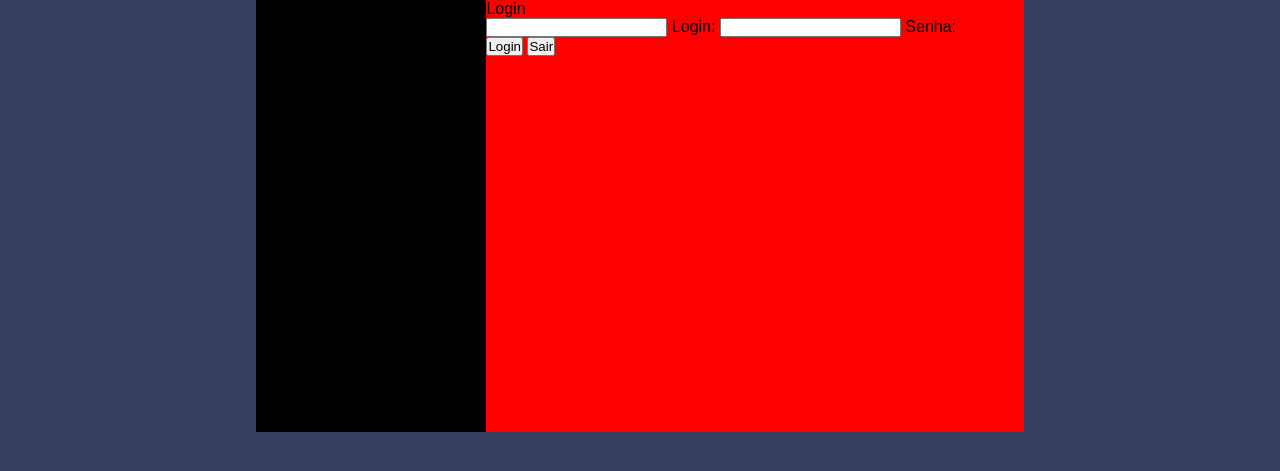
Repository: samantaProspero/projeto_integrador
Page: Versão Atual/PI_Vanila/index.html
These files come from the project's save history. The page is drawn as it stood at one moment and after a run of saves; the edit follows.
The browser window is 1280 px wide. The pictures show the whole page.

Above is the page before, as saved 2021-11-04 14:49:30.
Not found: Versão Atual/PI_Vanila/js/script.js

### Versão Atual/PI_Vanila/index.html
<!DOCTYPE html>
<html lang="pt-BR">
<head>
  <meta charset="UTF-8">
  <meta http-equiv="X-UA-Compatible" content="IE=edge">
  <meta name="viewport" content="width=device-width, initial-scale=1.0">
  <link rel="stylesheet" type="text/css" href="_css/global.css">
  <link rel="stylesheet" type="text/css" href="_css/style.css">
  <title>D Lions</title>
</head>
<body id="painel-inicial">
  <section class="login-painel">
    <div class="logo-painel">
      <p>Logo</p>
    </div>
    <div class="area-login">
      <p>Login</p>
      <form action="">
        <input type="text" name="login" id="login">
        <label for="login">Login: </label>
        <input type="text" name="senha" id="senha">
        <label for="senha">Senha: </label>
        <div>
        <input type="button" value="Login">
        <input type="button" value="Sair">
        </div>
      </form>
    </div>
  </section>
  <script src="js/script.js"></script>
</body>
</html>

### Versão Atual/PI_Vanila/_css/global.css
  :root{
    --red: #E52E4D;
    --green: #33CC95;
    --blue: #5429CC;
    --blue-light: #6933FF;
    --text-title: #363F5F;
    --text-body: #969CB2;
    --background: #f0f2f5;
    --shape: #FFFFFF;
    --primary_dark: #363F5F;
  --secondary_dark: #000000;
    --primary: #FF0000;
    --bg_home: #B22222;
    --bg_cadastro:#A52A2A;
    --icon: #6495ED;
    --bg_frame: #D3D3D3;
  }
  /* font verdana 8 bold */

  *{
    margin: 0;
    padding: 0;
    box-sizing: border-box;
  }

  /* // font-size: 16px (Desktop) */
  html{
    @media (max-width: 1080px){
      font-size: 93.75%; //15px
    }
    @media (max-width: 720px){
      font-size: 87.5%;  //14px
    }
  }
  /* //REM = 1rem = 16px */
  body{
    background: var(--primary_dark);
    -webkit-font-smoothing: antialiased;
  }

  body, input, textarea, button {
    font-family: 'Poppins', sans-serif;
    font-weight: 400;
  }

  h1, h2, h3, h4, h5, h6, strong {
    font-weight: 600;
  }

  button {
    cursor: pointer;
  }



  /* [disabled] {
    opacity: 0.6;
    cursor: not-allowed;
  }

  .react-modal-overlay{
    background: rgba(0,0,0,0.5);
    position: fixed;

    top: 0;
    bottom: 0;
    right: 0;
    left: 0;

    display: flex;
    align-items: center;
    justify-content: center;
  }

  .react-modal-content{
    width: 100%;
    max-width: 576px;
    background: var(--background);
    padding: 3rem;
    position: relative;
    border-radius: 0.25rem;
  }

  .react-modal-close{
    position: absolute;
    right: 1.5rem;
    top: 1.5rem;
    border: 0;
    background: transparent;
    transition: 0.2s; */

    /* &:hover{
      filter: brightness(0.9)
    }
  } */

### Versão Atual/PI_Vanila/_css/style.css
#painel-inicial{
  display: flex;
  align-items: center;
  justify-content: center;
}
.login-painel{
  width: 60vw;
  height: 60vh;
  display: flex;
  flex-direction: row;
  align-items: center;
  justify-content: center;
}
.logo-painel{
  width: 30%;
  height: 100%;
  background-color: black;

}
.area-login{
  width: 70%;
  height: 100%;
  background-color: red;

}

After the next 2 saves:
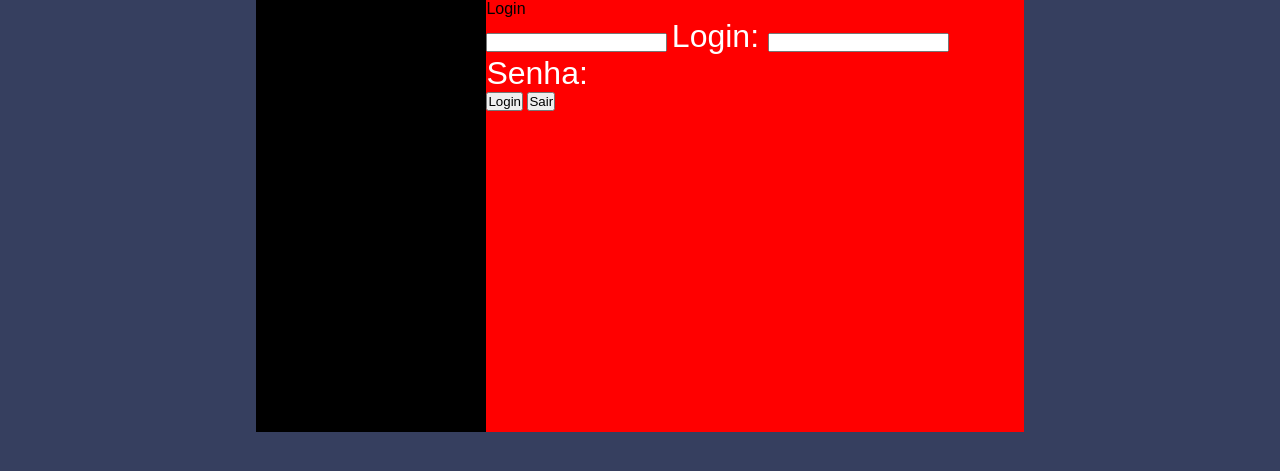
The 2 saves are shown as one change because they came seconds apart.
The last was saved 2 min 17 s later.
--- a/Versão Atual/PI_Vanila/_css/style.css
+++ b/Versão Atual/PI_Vanila/_css/style.css
@@ -23,3 +23,92 @@
   background-color: red;
 
 }
+
+export const Container = styled.div`
+width: 100%;
+height: 100vh;
+background-color: rgb(0,0,0,0.8);
+display: flex;
+align-items: center;
+justify-content: center;
+`;
+
+export const Content = styled.div`
+max-width: 800px;
+margin: 0 auto;
+display: flex;
+flex: 1;
+justify-content: center;
+align-items: center;
+/* padding: 2.5rem 1rem; */
+
+`;
+export const LogoContainer = styled.div`
+width: 35%;
+height: 50vh;
+background-color: var(--secondary);
+display: flex;
+flex-direction: column;
+flex: 1;
+justify-content: center;
+align-items: center;
+border-radius: 8px 0 0 8px;
+p{
+  color: var(--shape);
+  font-size: 0.8rem;
+  font-weight: bold;
+}
+`;
+export const LoginContainer = styled.div`
+width: 65%;
+height: 50vh;
+background-color: var(--primary);
+display: flex;
+flex-direction: column;
+justify-content: center;
+align-items: center;
+border-radius: 0 8px 8px 0;
+box-shadow: 0 2px 8px rgba(255, 255, 255,0.4);
+p{
+  color: var(--shape);
+  font-size: 1.5rem;
+}
+label{
+  color: var(--shape);
+  font-size: 2rem;
+}
+`;
+export const Input = styled.div`
+padding: 0.7rem;
+display: flex;
+align-items: center;
+justify-content: right;
+
+input{
+  height: 1.8rem;
+  padding: 1rem;
+  margin-left: 1rem;
+  border-radius: 5px;
+  font-size: 1.2rem;
+}
+`;
+export const Buttons = styled.div`
+padding-top: 0.7rem;
+
+button{
+  width: 8rem;
+  font-size: 1.4rem;
+  padding: 0.3rem 1.8rem;
+  border-radius: 5px;
+  margin: 50px 20px 0;
+}
+`;
+export const LogoImg = styled.div`
+  display: flex;
+  justify-content: center;
+  align-items: center;
+  /* box-sizing: cover; */
+  img{
+    width: 150px;
+  }
+`;

After the 5 saves that followed:
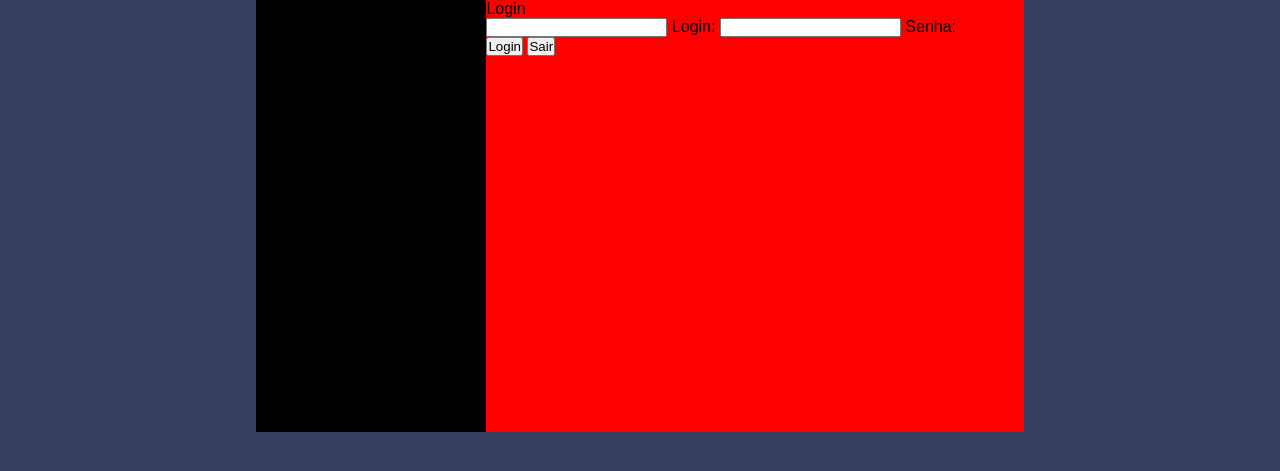
The 5 saves are shown as one change because 3 left the picture as it was and some came seconds apart.
The last was saved 37 s later.
--- a/Versão Atual/PI_Vanila/_css/style.css
+++ b/Versão Atual/PI_Vanila/_css/style.css
@@ -24,7 +24,7 @@
 
 }
 
-export const Container = styled.div`
+/* export const Container = styled.div`
 width: 100%;
 height: 100vh;
 background-color: rgb(0,0,0,0.8);
@@ -40,7 +40,7 @@
 flex: 1;
 justify-content: center;
 align-items: center;
-/* padding: 2.5rem 1rem; */
+padding: 2.5rem 1rem;
 
 `;
 export const LogoContainer = styled.div`
@@ -112,3 +112,4 @@
     width: 150px;
   }
 `;
+ */
